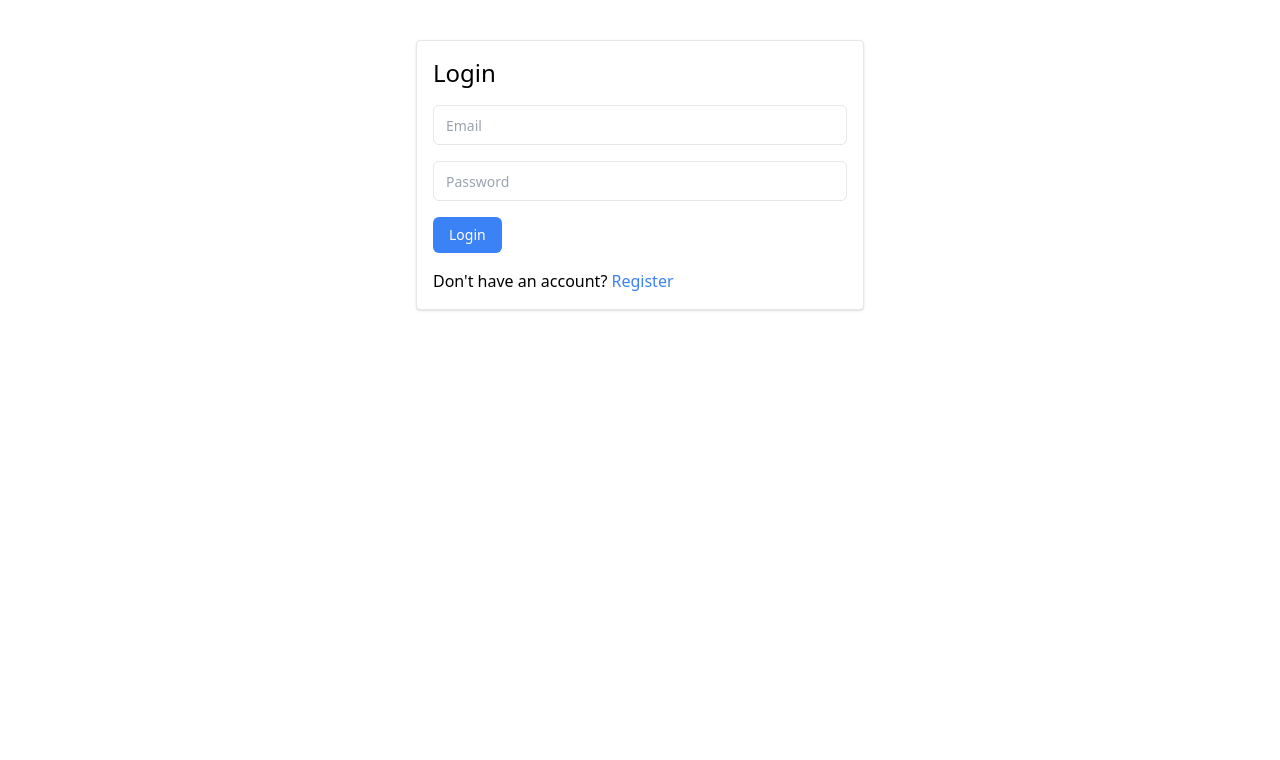
Repository: Pran2535/render-ke-liye
Page: / (app in frontend/)
An editor plug-in stored every save of this project. The page is shown before and after the next save, followed by the edit.
The browser window is 1280 px wide. The pictures show the whole page.
The project was rebuilt for these pictures with package versions that can differ from the ones it lists, and the page was loaded fresh each time. Also part of the build but not shown: frontend/vite.config.js, frontend/src/services/Expenseservice.js, frontend/src/hooks/useExpenses.js, frontend/src/components/ExpenseList.jsx, frontend/src/components/SpendingChart.jsx, frontend/src/components/Themetoggle.jsx, frontend/src/pages/Dashboard.jsx, frontend/src/pages/Register.jsx and 2 more.

Above is the page before, as saved 2025-02-04 17:48:46.

After the next save:
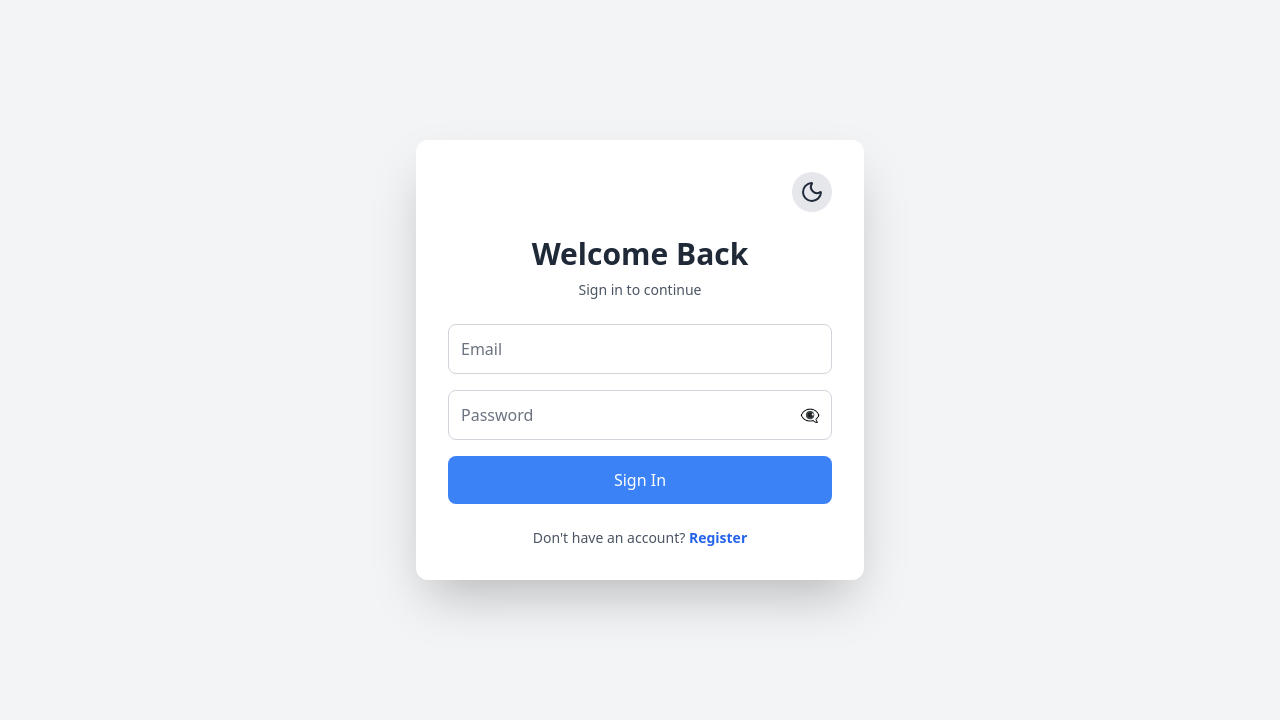
Saved 10 min 22 s later.
--- a/frontend/src/pages/Login.jsx
+++ b/frontend/src/pages/Login.jsx
@@ -1,15 +1,22 @@
 import React, { useState, useContext } from 'react';
 import { useNavigate, Link } from 'react-router-dom';
+import { Moon, Sun } from 'lucide-react';
 import authService from '../services/Authservice';
 import { AuthContext } from '../context/Authcontext';
-import Input from '../components/ui/Input';
-import Button from '../components/ui/Button';
 
 const Login = () => {
     const [email, setEmail] = useState('');
     const [password, setPassword] = useState('');
+    const [showPassword, setShowPassword] = useState(false);
+    const [theme, setTheme] = useState('light');
     const { login } = useContext(AuthContext);
     const navigate = useNavigate();
+
+    const toggleTheme = () => {
+        const newTheme = theme === 'light' ? 'dark' : 'light';
+        setTheme(newTheme);
+        document.documentElement.classList.toggle('dark');
+    };
 
     const handleSubmit = async (e) => {
         e.preventDefault();
@@ -17,7 +24,6 @@ const Login = () => {
             const response = await authService.login({ email, password });
             console.log("login success", response.data);
 
-            // Call the login function from context with user data and token
             await login(response.data.user, response.data.token);
 
             navigate('/dashboard');
@@ -28,29 +34,98 @@ const Login = () => {
     };
 
     return (
-        <div className="max-w-md mx-auto mt-10 p-4 border rounded shadow bg-white">
-            <h2 className="text-2xl mb-4">Login</h2>
-            <form onSubmit={handleSubmit} className="space-y-4">
-                <Input
-                    type="email"
-                    placeholder="Email"
-                    value={email}
-                    onChange={e => setEmail(e.target.value)}
-                />
-                <Input
-                    type="password"
-                    placeholder="Password"
-                    value={password}
-                    onChange={e => setPassword(e.target.value)}
-                />
-                <Button type="submit">Login</Button>
-            </form>
-            <p className="mt-4">
-                Don't have an account?{' '}
-                <Link to="/register" className="text-blue-500">
-                    Register
-                </Link>
-            </p>
+        <div className={`min-h-screen flex items-center justify-center transition-colors duration-300 ${theme === 'dark' ? 'bg-gray-900' : 'bg-gray-100'}`}>
+            <div className={`w-full max-w-md p-8 space-y-6 rounded-xl shadow-2xl transition-all duration-300 ${theme === 'dark' ? 'bg-gray-800 text-white' : 'bg-white text-gray-900'}`}>
+                {/* Theme Toggle */}
+                <div className="flex justify-end">
+                    <button
+                        onClick={toggleTheme}
+                        className={`p-2 rounded-full transition-colors duration-300
+                            ${theme === 'dark'
+                                ? 'bg-gray-700 hover:bg-gray-600 text-yellow-400'
+                                : 'bg-gray-200 hover:bg-gray-300 text-gray-800'
+                            }`}
+                    >
+                        {theme === 'dark' ? <Sun size={24} /> : <Moon size={24} />}
+                    </button>
+                </div>
+
+                {/* Login Header */}
+                <div className="text-center">
+                    <h2 className={`text-3xl font-bold mb-2 transition-colors duration-300 ${theme === 'dark' ? 'text-white' : 'text-gray-800'}`}>
+                        Welcome Back
+                    </h2>
+                    <p className={`text-sm transition-colors duration-300 ${theme === 'dark' ? 'text-gray-300' : 'text-gray-600'}`}>
+                        Sign in to continue
+                    </p>
+                </div>
+
+                {/* Login Form */}
+                <form onSubmit={handleSubmit} className="space-y-4">
+                    <div>
+                        <input
+                            type="email"
+                            placeholder="Email"
+                            value={email}
+                            onChange={e => setEmail(e.target.value)}
+                            required
+                            className={`w-full p-3 rounded-lg border transition-colors duration-300
+                                ${theme === 'dark'
+                                    ? 'bg-gray-700 border-gray-600 text-white placeholder-gray-400 focus:ring-blue-500 focus:border-blue-500'
+                                    : 'bg-white border-gray-300 text-gray-900 placeholder-gray-500 focus:ring-blue-500 focus:border-blue-500'
+                                }`}
+                        />
+                    </div>
+                    <div className="relative">
+                        <input
+                            type={showPassword ? "text" : "password"}
+                            placeholder="Password"
+                            value={password}
+                            onChange={e => setPassword(e.target.value)}
+                            required
+                            className={`w-full p-3 rounded-lg border transition-colors duration-300 pr-10
+                                ${theme === 'dark'
+                                    ? 'bg-gray-700 border-gray-600 text-white placeholder-gray-400 focus:ring-blue-500 focus:border-blue-500'
+                                    : 'bg-white border-gray-300 text-gray-900 placeholder-gray-500 focus:ring-blue-500 focus:border-blue-500'
+                                }`}
+                        />
+                        <button
+                            type="button"
+                            onClick={() => setShowPassword(!showPassword)}
+                            className="absolute right-3 top-1/2 transform -translate-y-1/2 text-gray-500 hover:text-gray-700"
+                        >
+                            {showPassword ? '👁️' : '👁️‍🗨️'}
+                        </button>
+                    </div>
+                    <button
+                        type="submit"
+                        className={`w-full py-3 rounded-lg transition-colors duration-300
+                            ${theme === 'dark'
+                                ? 'bg-blue-600 hover:bg-blue-700 text-white'
+                                : 'bg-blue-500 hover:bg-blue-600 text-white'
+                            }`}
+                    >
+                        Sign In
+                    </button>
+                </form>
+
+                {/* Register Link */}
+                <div className="text-center">
+                    <p className={`text-sm transition-colors duration-300 ${theme === 'dark' ? 'text-gray-300' : 'text-gray-600'}`}>
+                        Don't have an account?{' '}
+                        <Link
+                            to="/register"
+                            className={`font-semibold transition-colors duration-300
+                                ${theme === 'dark'
+                                    ? 'text-blue-400 hover:text-blue-300'
+                                    : 'text-blue-600 hover:text-blue-800'
+                                }`}
+                        >
+                            Register
+                        </Link>
+                    </p>
+                </div>
+            </div>
         </div>
     );
 };
